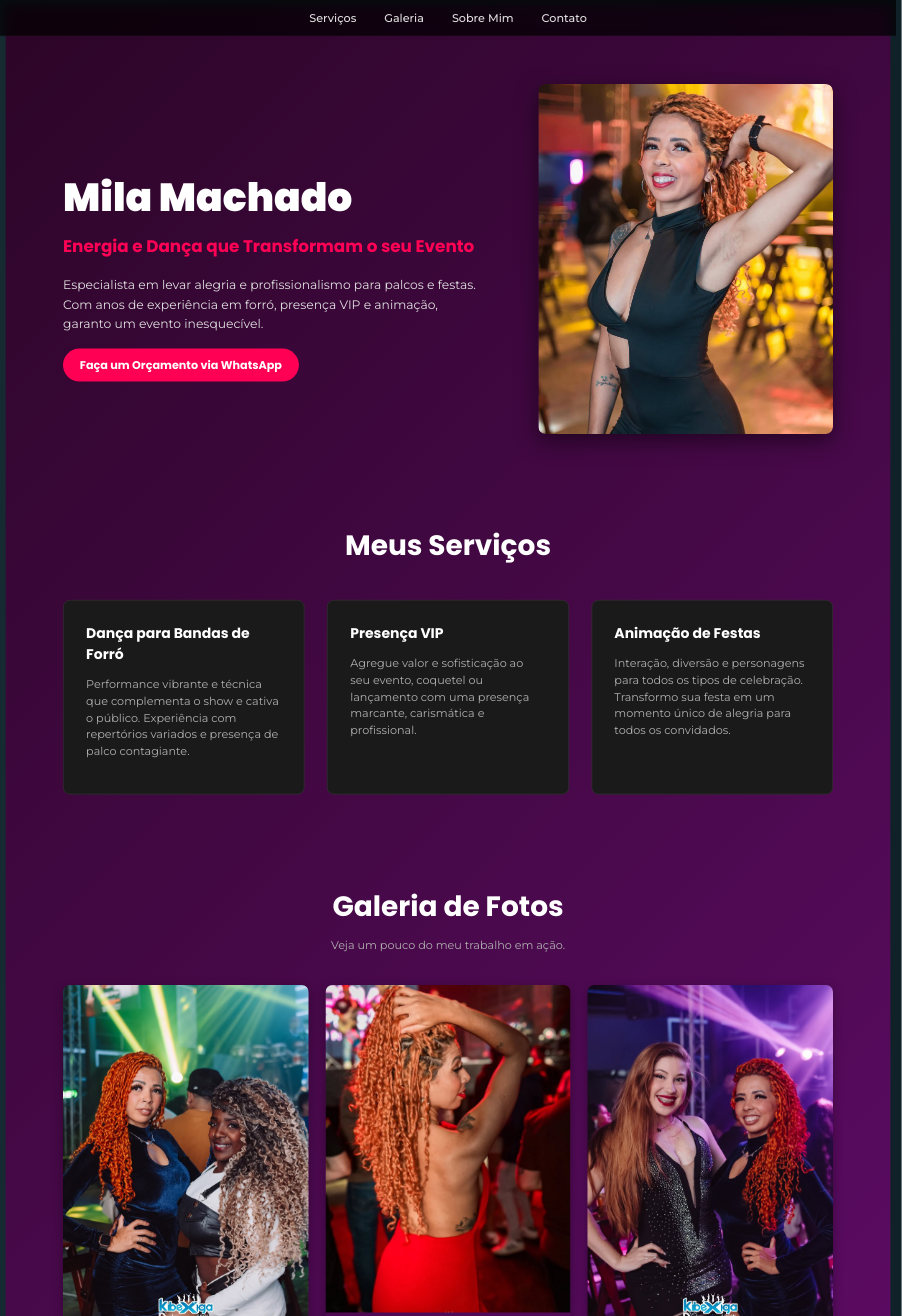
Repository: nardogod/portfolio-mila-machado
Page: /portfolio
An editor plug-in stored every save of this project. The page is shown before and after the next save, followed by the edit.
The browser window is 1280 px wide. The page is 1288 px wide, so the pictures cover 1288 px, including what lies to the right of the window. The pictures show the part of the page from y = 0 to 1880 px (the page is 3785 px tall), at 70% of full size.
The project was rebuilt for these pictures with package versions that can differ from the ones it lists, and the page was loaded fresh each time. The framework's server and built-in components were replaced by stand-ins that run in the browser.

Above is the page before, as saved 2025-08-19 04:55:06.

After the next save:
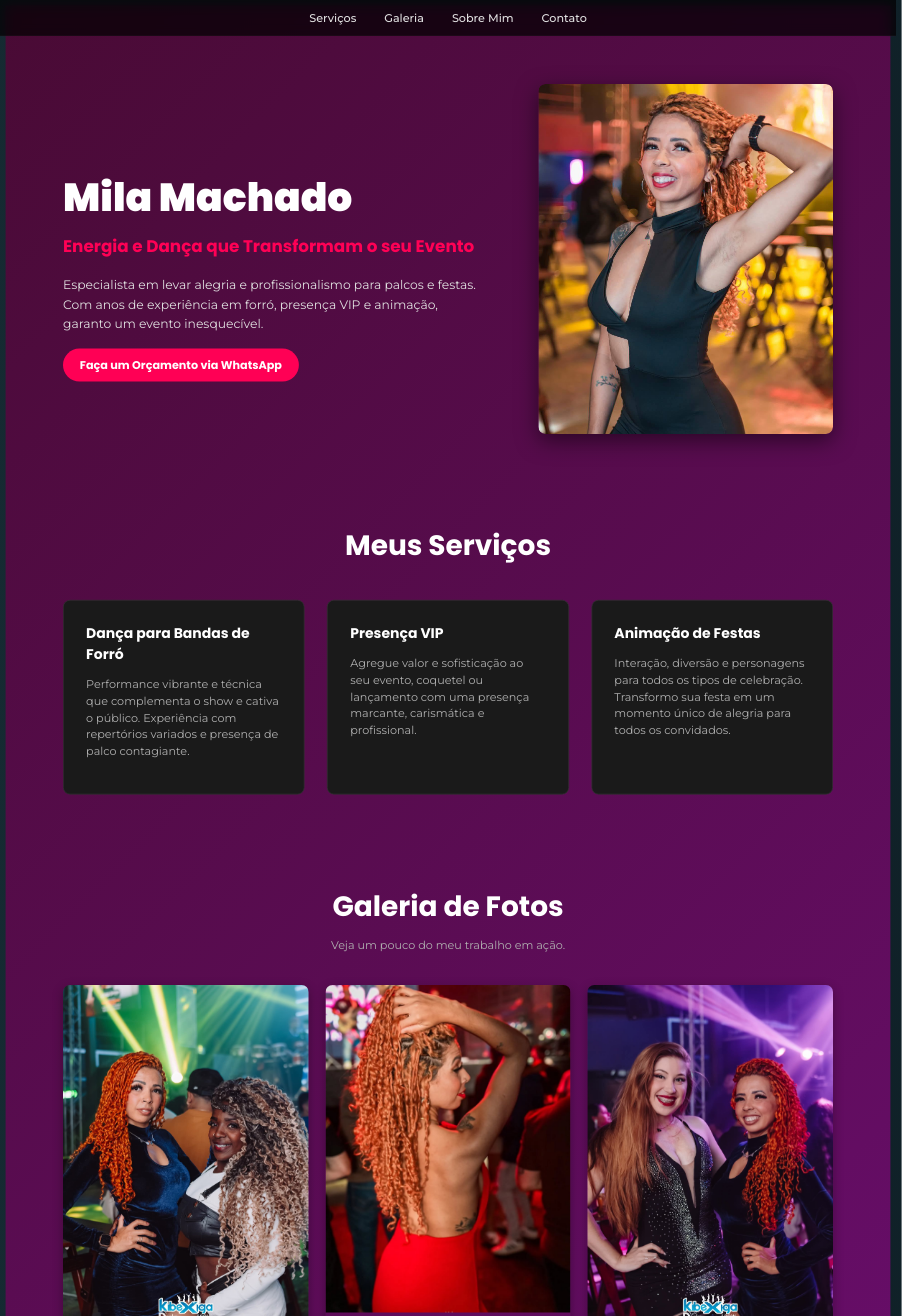
Saved 15 s later.
--- a/styles/Portfolio.module.css
+++ b/styles/Portfolio.module.css
@@ -9,7 +9,7 @@
   min-height: 100vh;
   padding: 2rem;
   /* Efeito de fundo com gradiente animado */
-  background: linear-gradient(315deg, #da3012, #770f85, #130208, #e91607);
+  background: linear-gradient(315deg, #da3012, #770f85, #3a091a, #e91607);
   background-size: 400% 400%;
   animation: gradientAnimation 20s ease-in-out infinite;
   color: #f0f0f0;
